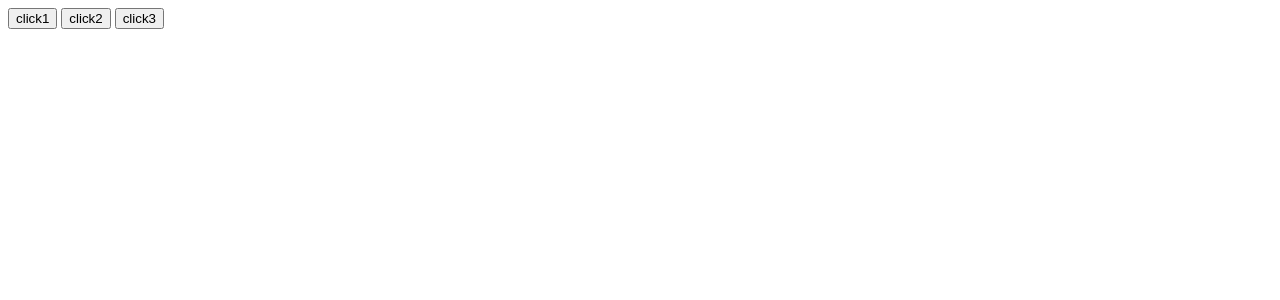
Repository: mirror-neuron/JsonStudy
Page: JsonApp01/WebContent/JsonTest11.html
An editor plug-in stored every save of this project. The page is shown before and after the next save, followed by the edit.
The browser window is 1280 px wide. The pictures show the whole page.

Above is the page before, as saved 2019-06-03 00:07:02.

After the next save:
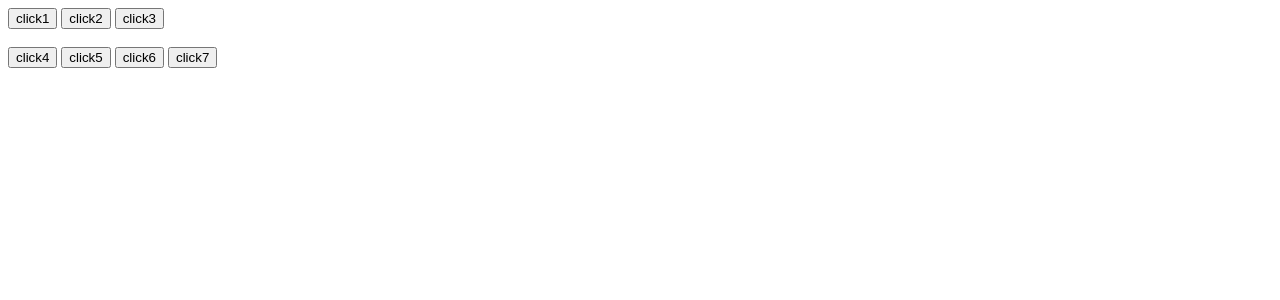
Saved 2 min 1 s later.
--- a/JsonApp01/WebContent/JsonTest11.html
+++ b/JsonApp01/WebContent/JsonTest11.html
@@ -24,8 +24,13 @@
 	<!-- object -->
 	<input type="button" value="click3" onclick="alert(typeof obj7.exam)"/>
 	<!-- object -->
+
 	<br><br>
 
+	<input type="button" value="click4" onclick="alert(obj7.test[0])" />
+	<input type="button" value="click5" onclick="alert(obj7.test[1])" />
+	<input type="button" value="click6" onclick="alert(obj7.exam[0])" />
+	<input type="button" value="click7" onclick="alert(obj7.exam[1])" />
 
 
 
